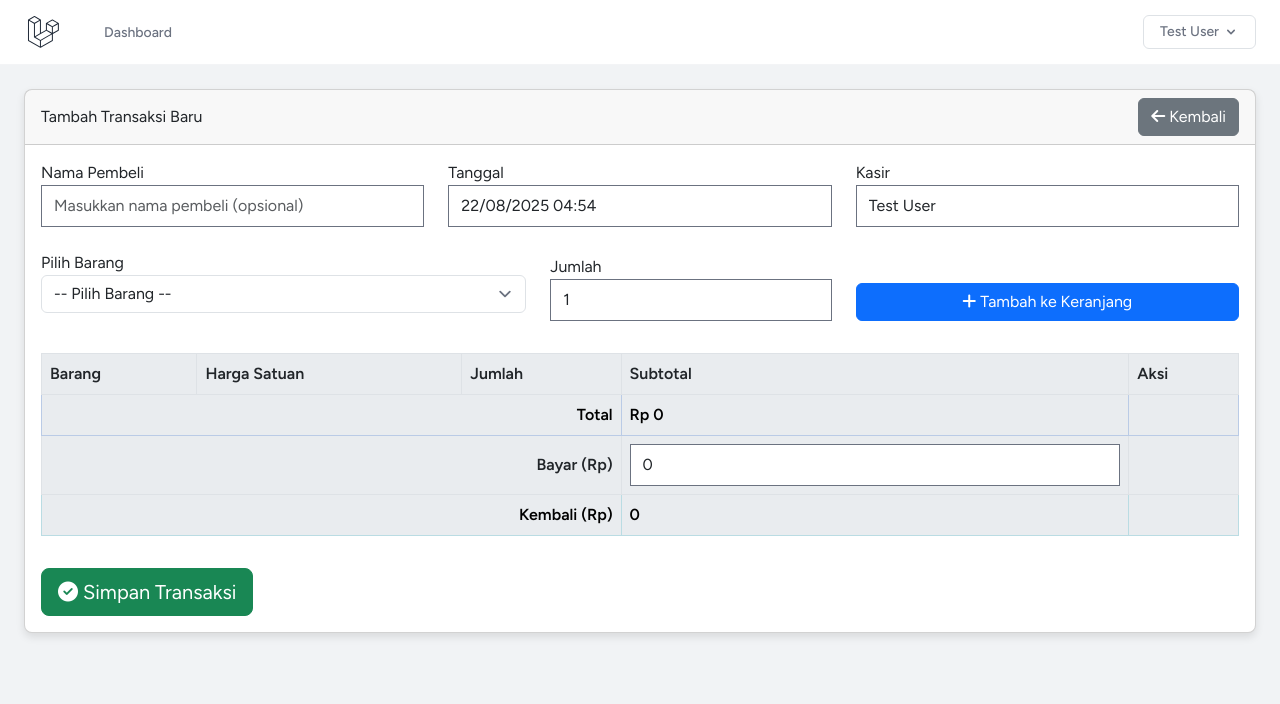
Repository: mufti-1448/kasir-app
Page: http://localhost/transaksis/create
The author's editor kept a copy of each file at every save. The page is drawn from the files as they stood at one save, then again after a run of saves.
The browser window is 1280 px wide. The pictures show the whole page.
The page is served by the project's Laravel application, run on PHP 8.4 with Laravel 12. A made-up administrator, Test User (test@example.com), is signed in. Other server files are loaded and not shown. Style sheets and scripts are compiled from the project's sources, by tool versions that may differ from the author's. Queries for data that is not in the repository find no rows.

Above is the page before, as saved 2025-09-02 23:30:55.

### routes/web.php
<?php

use App\Http\Controllers\ProfileController;
use App\Http\Controllers\BarangController;
use Illuminate\Support\Facades\Route;
use App\Http\Controllers\TransaksiController;

Route::get('/', function () {
    return view('welcome');
});

Route::get('/dashboard', function () {
    return view('dashboard');
})->middleware(['auth', 'verified'])->name('dashboard');

Route::middleware('auth')->group(function () {
    // Profile routes
    Route::get('/profile', [ProfileController::class, 'edit'])->name('profile.edit');
    Route::patch('/profile', [ProfileController::class, 'update'])->name('profile.update');
    Route::delete('/profile', [ProfileController::class, 'destroy'])->name('profile.destroy');

    // Barang routes - menggunakan resource controller
    Route::resource('barangs', BarangController::class);

    // Alternatif: jika ingin mendefinisikan manual satu per satu
    // Route::get('/barangs', [BarangController::class, 'index'])->name('barangs.index');
    // Route::get('/barangs/create', [BarangController::class, 'create'])->name('barangs.create');
    // Route::post('/barangs', [BarangController::class, 'store'])->name('barangs.store');
    // Route::get('/barangs/{barang}', [BarangController::class, 'show'])->name('barangs.show');
    // Route::get('/barangs/{barang}/edit', [BarangController::class, 'edit'])->name('barangs.edit');
    // Route::put('/barangs/{barang}', [BarangController::class, 'update'])->name('barangs.update');
    // Route::delete('/barangs/{barang}', [BarangController::class, 'destroy'])->name('barangs.destroy');

    // Tambahkan di dalam middleware auth
    Route::resource('transaksis', TransaksiController::class);
    Route::post('transaksis/add-item', [TransaksiController::class, 'addItem'])->name('transaksis.addItem');
    Route::post('transaksis/remove-item', [TransaksiController::class, 'removeItem'])->name('transaksis.removeItem');
    Route::post('transaksis/process-payment', [TransaksiController::class, 'processPayment'])->name('transaksis.processPayment');
});

require __DIR__ . '/auth.php';

### app/Models/Barang.php
<?php

namespace App\Models;

use Illuminate\Database\Eloquent\Factories\HasFactory;
use Illuminate\Database\Eloquent\Model;
use Illuminate\Database\Eloquent\SoftDeletes;

class Barang extends Model
{
    use HasFactory, SoftDeletes;

    protected $table = 'barangs'; // <- Pastikan ini 'barangs'

    protected $fillable = [
        'nama',
        'kategori',
        'harga_beli',
        'harga_jual',
        'stok',
        'satuan'
    ];
}

### resources/views/transaksis/create.blade.php
@extends('layouts.app')

@section('title', 'Tambah Transaksi Baru')

@section('content')
    <div class="container-fluid">
        <div class="row">
            <div class="col-md-12">
                <div class="card">
                    <div class="card-header d-flex justify-content-between align-items-center">
                        <h5 class="mb-0">Tambah Transaksi Baru</h5>
                        <a href="{{ route('transaksis.index') }}" class="btn btn-secondary">
                            <i class="fas fa-arrow-left"></i> Kembali
                        </a>
                    </div>
                    <div class="card-body">
                        <form id="form-transaksi" method="POST" action="{{ route('transaksis.store') }}">
                            @csrf

                            <!-- Informasi Transaksi & Nama Pembeli -->
                            <div class="row mb-4">
                                <div class="col-md-4">
                                    <div class="form-group">
                                        <label for="nama_pembeli">Nama Pembeli</label>
                                        <input type="text" name="nama_pembeli" id="nama_pembeli" class="form-control"
                                            placeholder="Masukkan nama pembeli (opsional)"
                                            value="{{ old('nama_pembeli') }}">
                                    </div>
                                </div>
                                <div class="col-md-4">
                                    <div class="form-group">
                                        <label for="tanggal">Tanggal</label>
                                        <input type="text" class="form-control" value="{{ now()->format('d/m/Y H:i') }}"
                                            readonly>
                                    </div>
                                </div>
                                <div class="col-md-4">
                                    <div class="form-group">
                                        <label for="kasir">Kasir</label>
                                        <input type="text" class="form-control" value="{{ auth()->user()->name }}"
                                            readonly>
                                    </div>
                                </div>
                            </div>

                            <!-- Pilih Barang -->
                            <div class="row mb-3 align-items-end">
                                <div class="col-md-5 d-flex flex-column">
                                    <label for="barang_id">Pilih Barang</label>
                                    <select id="barang_id" class="form-control mb-1">
                                        <option value="">-- Pilih Barang --</option>
                                        @foreach ($barangs as $barang)
                                            <option value="{{ $barang->id }}" data-harga="{{ $barang->harga_jual }}"
                                                data-stok="{{ $barang->stok }}" data-nama="{{ $barang->nama }}">
                                                {{ $barang->kode }} - {{ $barang->nama }} (Stok: {{ $barang->stok }}) - Rp
                                                {{ number_format($barang->harga_jual, 0, ',', '.') }}
                                            </option>
                                        @endforeach
                                    </select>
                                    <small id="stok-info" style="min-height: 20px;" class="text-muted"></small>
                                </div>

                                <div class="col-md-3 pb-3">
                                    <label for="jumlah">Jumlah</label>
                                    <input type="number" id="jumlah" class="form-control" min="1" value="1">
                                </div>

                                <div class="col-md-4 d-flex pb-3">
                                    <button type="button" id="btn-tambah" class="btn btn-primary w-100">
                                        <i class="fas fa-plus"></i> Tambah ke Keranjang
                                    </button>
                                </div>
                            </div>


                            <!-- Tabel Transaksi -->
                            <div class="table-responsive mb-3">
                                <table class="table table-bordered table-hover" id="tabel-transaksi">
                                    <thead class="thead-light">
                                        <tr>
                                            <th>Barang</th>
                                            <th>Harga Satuan</th>
                                            <th>Jumlah</th>
                                            <th>Subtotal</th>
                                            <th>Aksi</th>
                                        </tr>
                                    </thead>
                                    <tbody>
                                        <!-- Items akan ditambahkan di sini via JavaScript -->
                                    </tbody>
                                    <tfoot>
                                        <tr class="table-primary">
                                            <th colspan="3" class="text-end">Total</th>
                                            <th id="total">Rp 0</th>
                                            <th></th>
                                        </tr>
                                        <tr>
                                            <th colspan="3" class="text-end">Bayar (Rp)</th>
                                            <th>
                                                <input type="number" name="bayar" id="bayar" class="form-control"
                                                    min="0" required value="{{ old('bayar', 0) }}">
                                            </th>
                                            <th></th>
                                        </tr>
                                        <tr class="table-info">
                                            <th colspan="3" class="text-end">Kembali (Rp)</th>
                                            <th id="kembali">0</th>
                                            <th></th>
                                        </tr>
                                    </tfoot>
                                </table>
                            </div>

                            <button type="submit" class="btn btn-success btn-lg">
                                <i class="fas fa-check-circle"></i> Simpan Transaksi
                            </button>
                        </form>
                    </div>
                </div>
            </div>
        </div>
    </div>
@endsection

@section('scripts')
    <script>
        document.addEventListener('DOMContentLoaded', function() {
            const barangSelect = document.getElementById('barang_id');
            const jumlahInput = document.getElementById('jumlah');
            const btnTambah = document.getElementById('btn-tambah');
            const tabelBody = document.querySelector('#tabel-transaksi tbody');
            const totalEl = document.getElementById('total');
            const bayarEl = document.getElementById('bayar');
            const kembaliEl = document.getElementById('kembali');
            const stokInfo = document.getElementById('stok-info');
            const form = document.getElementById('form-transaksi');

            let items = [];

            function formatRupiah(angka) {
                return new Intl.NumberFormat('id-ID').format(angka);
            }

            function updateStokInfo() {
                if (!barangSelect.value) {
                    stokInfo.textContent = '';
                    return;
                }
                const selectedOption = barangSelect.options[barangSelect.selectedIndex];
                let stok = parseInt(selectedOption.getAttribute('data-stok'));
                if (stok <= 0) {
                    stokInfo.textContent = 'Stok habis';
                    stokInfo.className = 'text-danger';
                    btnTambah.disabled = true;
                } else {
                    stokInfo.textContent = `Stok tersedia: ${stok}`;
                    stokInfo.className = 'text-muted';
                    btnTambah.disabled = false;
                }
                jumlahInput.setAttribute('max', stok);
                if (parseInt(jumlahInput.value) > stok) jumlahInput.value = stok;
            }

            function updateTotal() {
                let total = items.reduce((sum, item) => sum + item.harga * item.jumlah, 0);
                totalEl.textContent = 'Rp ' + formatRupiah(total);

                const bayar = parseFloat(bayarEl.value) || 0;
                const kembali = bayar - total;
                kembaliEl.textContent = formatRupiah(kembali);

                // Warn jika bayar kurang
                if (bayar < total) {
                    bayarEl.classList.add('is-invalid');
                    kembaliEl.parentElement.classList.add('table-danger');
                } else {
                    bayarEl.classList.remove('is-invalid');
                    kembaliEl.parentElement.classList.remove('table-danger');
                }
            }

            barangSelect.addEventListener('change', updateStokInfo);

            btnTambah.addEventListener('click', function() {
                if (!barangSelect.value) {
                    alert('Pilih barang terlebih dahulu');
                    return;
                }

                const selectedOption = barangSelect.options[barangSelect.selectedIndex];
                const barangId = barangSelect.value;
                const nama = selectedOption.getAttribute('data-nama');
                const kode = selectedOption.getAttribute('data-kode');
                let harga = parseFloat(selectedOption.getAttribute('data-harga'));
                let stok = parseInt(selectedOption.getAttribute('data-stok'));
                let jumlah = parseInt(jumlahInput.value);

                if (jumlah > stok) {
                    alert(`Stok tidak cukup. Stok tersedia: ${stok}`);
                    return;
                }

                // Kurangi stok
                stok -= jumlah;
                selectedOption.setAttribute('data-stok', stok);
                updateStokInfo();

                const existingItem = items.find(item => item.barangId === barangId);

                if (existingItem) {
                    existingItem.jumlah += jumlah;
                    const row = tabelBody.querySelector(`tr[data-barang-id="${barangId}"]`);
                    row.cells[2].textContent = existingItem.jumlah;
                    row.cells[3].textContent = 'Rp ' + formatRupiah(existingItem.jumlah * harga);
                } else {
                    const newItem = {
                        barangId,
                        kode,
                        nama,
                        harga,
                        jumlah
                    };
                    items.push(newItem);

                    const newRow = tabelBody.insertRow();
                    newRow.setAttribute('data-barang-id', barangId);
                    newRow.innerHTML = `
                <td>${kode} - ${nama}</td>
                <td>Rp ${formatRupiah(harga)}</td>
                <td>${jumlah}</td>
                <td>Rp ${formatRupiah(harga * jumlah)}</td>
                <td>
                    <button type="button" class="btn btn-sm btn-danger btn-hapus">
                        <i class="fas fa-trash"></i>
                    </button>
                </td>
            `;

                    newRow.querySelector('.btn-hapus').addEventListener('click', function() {
                        // Kembalikan stok
                        const selectedOption = barangSelect.querySelector(
                            `option[value="${barangId}"]`);
                        let currentStok = parseInt(selectedOption.getAttribute('data-stok'));
                        currentStok += newItem.jumlah;
                        selectedOption.setAttribute('data-stok', currentStok);
                        items = items.filter(item => item.barangId !== barangId);
                        newRow.remove();
                        updateStokInfo();
                        updateTotal();
                    });
                }

                updateTotal();
                jumlahInput.value = 1;
            });

            bayarEl.addEventListener('input', updateTotal);

            form.addEventListener('submit', function(e) {
                if (items.length === 0) {
                    e.preventDefault();
                    alert('Tambahkan minimal satu item ke keranjang');
                    return;
                }

                // Hapus input hidden lama jika ada
                form.querySelectorAll('input[type="hidden"]').forEach(i => i.remove());

                // Tambahkan input hidden untuk setiap item
                items.forEach((item, index) => {
                    const inputBarang = document.createElement('input');
                    inputBarang.type = 'hidden';
                    inputBarang.name = `barang_id[${index}]`;
                    inputBarang.value = item.barangId;
                    form.appendChild(inputBarang);

                    const inputJumlah = document.createElement('input');
                    inputJumlah.type = 'hidden';
                    inputJumlah.name = `jumlah[${index}]`;
                    inputJumlah.value = item.jumlah;
                    form.appendChild(inputJumlah);

                    const inputHarga = document.createElement('input');
                    inputHarga.type = 'hidden';
                    inputHarga.name = `harga_satuan[${index}]`;
                    inputHarga.value = item.harga;
                    form.appendChild(inputHarga);
                });

            });


            // Inisialisasi
            updateStokInfo();
            updateTotal();
        });
    </script>
@endsection

@section('styles')
    <style>
        .table th {
            vertical-align: middle;
        }

        #stok-info {
            display: block;
            min-height: 20px;
            /* tinggi tetap */
            margin-top: 5px;
            font-weight: 500;
        }


        .is-invalid {
            border-color: #dc3545;
        }

        #tabel-transaksi td,
        #tabel-transaksi th {
            vertical-align: middle;
        }

        .btn-hapus {
            min-width: 40px;
        }
    </style>
@endsection

### resources/views/layouts/app.blade.php
<!DOCTYPE html>
<html lang="{{ str_replace('_', '-', app()->getLocale()) }}">
<head>
    <meta charset="utf-8">
    <meta name="viewport" content="width=device-width, initial-scale=1">
    <meta name="csrf-token" content="{{ csrf_token() }}">

    <title>{{ config('app.name', 'Laravel') }}</title>

    <!-- Fonts -->
    <link rel="preconnect" href="https://fonts.bunny.net">
    <link href="https://fonts.bunny.net/css?family=figtree:400,500,600&display=swap" rel="stylesheet">

    <!-- Bootstrap CSS -->
    <link href="https://cdn.jsdelivr.net/npm/bootstrap@5.3.0/dist/css/bootstrap.min.css" rel="stylesheet">

    <!-- Font Awesome -->
    <link rel="stylesheet" href="https://cdnjs.cloudflare.com/ajax/libs/font-awesome/6.4.0/css/all.min.css">

    <!-- App CSS -->
    @vite(['resources/css/app.css', 'resources/js/app.js'])

    <!-- Custom Styles -->
    <style>
        body {
            font-family: 'Figtree', sans-serif;
            background-color: #f1f3f5;
        }

        .card {
            box-shadow: 0 0.25rem 0.5rem rgba(0,0,0,0.1);
            border-radius: 0.5rem;
            transition: transform 0.2s;
        }
        .card:hover {
            transform: translateY(-5px);
        }

        .table th {
            background-color: #e9ecef;
        }

        header.bg-white {
            background-color: #ffffff !important;
        }

        .btn-delete {
            color: #fff;
            background-color: #dc3545;
            border: none;
        }
        .btn-delete:hover {
            background-color: #c82333;
        }
    </style>
</head>
<body>
    <div class="min-vh-100 d-flex flex-column">
        <!-- Navigation -->
        @include('layouts.navigation')

        <!-- Page Heading -->
        @if (isset($header))
            <header class="bg-white shadow-sm">
                <div class="container py-4 px-3">
                    {{ $header }}
                </div>
            </header>
        @endif

        <!-- Page Content -->
        <main class="flex-grow-1 container my-4">
            @yield('content')
        </main>
    </div>

    <!-- Bootstrap JS -->
    <script src="https://cdn.jsdelivr.net/npm/bootstrap@5.3.0/dist/js/bootstrap.bundle.min.js"></script>

    @yield('scripts')
    <!-- Script Konfirmasi -->
    <script>
        document.addEventListener('DOMContentLoaded', function() {
            document.querySelectorAll('.btn-delete').forEach(button => {
                button.addEventListener('click', function(e) {
                    if(!confirm('Apakah Anda yakin ingin menghapus data ini?')) {
                        e.preventDefault();
                    }
                });
            });
        });
    </script>

</body>
</html>

Loaded but not shown: routes/auth.php (common file); app/Http/Controllers/Auth/EmailVerificationPromptController.php (common file); app/Http/Controllers/Controller.php (common file); app/Http/Controllers/Auth/VerifyEmailController.php (common file); app/Models/User.php (common file); resources/views/layouts/navigation.blade.php (common file); resources/views/components/application-logo.blade.php (common file); resources/views/components/nav-link.blade.php (common file); resources/views/components/dropdown-link.blade.php (common file); resources/views/components/dropdown.blade.php (common file); resources/views/components/responsive-nav-link.blade.php (common file); resources/css/app.css (common file); tailwind.config.js (common file); resources/js/app.js (common file); resources/js/bootstrap.js (common file); app/Http/Controllers/TransaksiController.php (184 lines, source omitted)

After the next 2 saves:
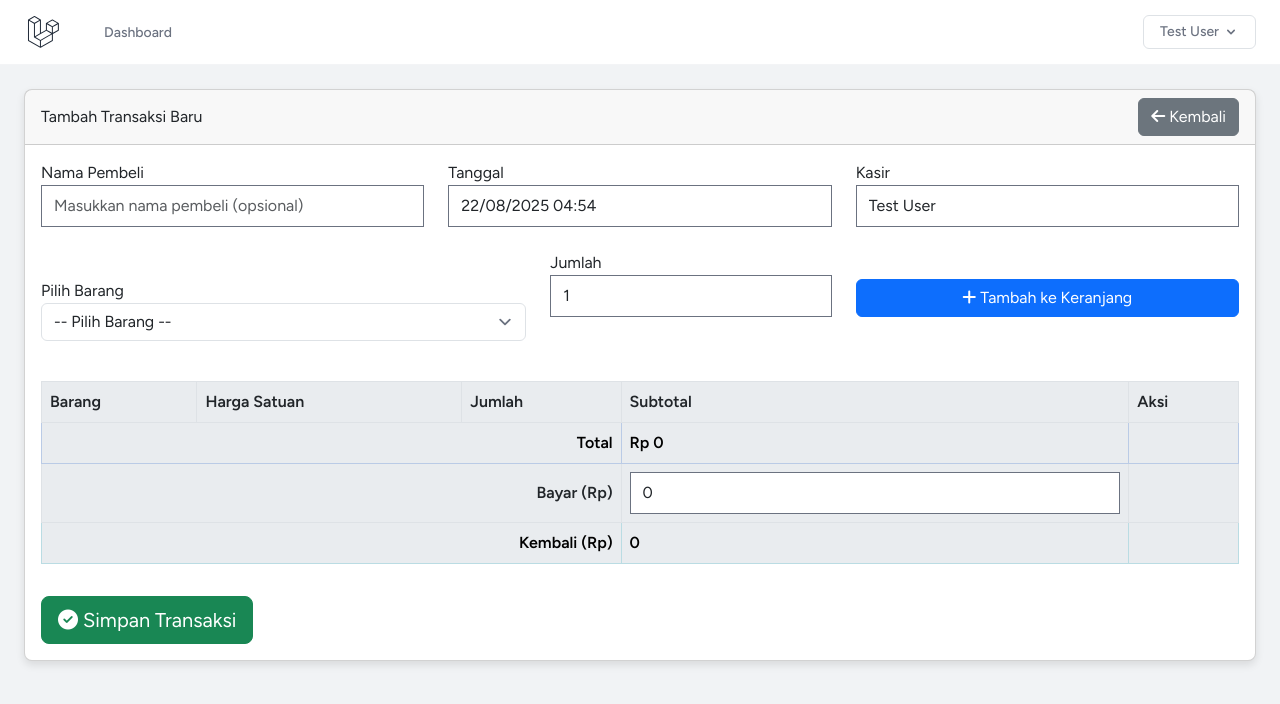
The 2 saves are shown as one change because they came seconds apart.
The last was saved 9 s later.
--- a/resources/views/transaksis/create.blade.php
+++ b/resources/views/transaksis/create.blade.php
@@ -60,12 +60,12 @@
                                     <small id="stok-info" style="min-height: 20px;" class="text-muted"></small>
                                 </div>
 
-                                <div class="col-md-3 pb-3">
+                                <div class="col-md-3 pb-5">
                                     <label for="jumlah">Jumlah</label>
                                     <input type="number" id="jumlah" class="form-control" min="1" value="1">
                                 </div>
 
-                                <div class="col-md-4 d-flex pb-3">
+                                <div class="col-md-4 d-flex pb-5">
                                     <button type="button" id="btn-tambah" class="btn btn-primary w-100">
                                         <i class="fas fa-plus"></i> Tambah ke Keranjang
                                     </button>
